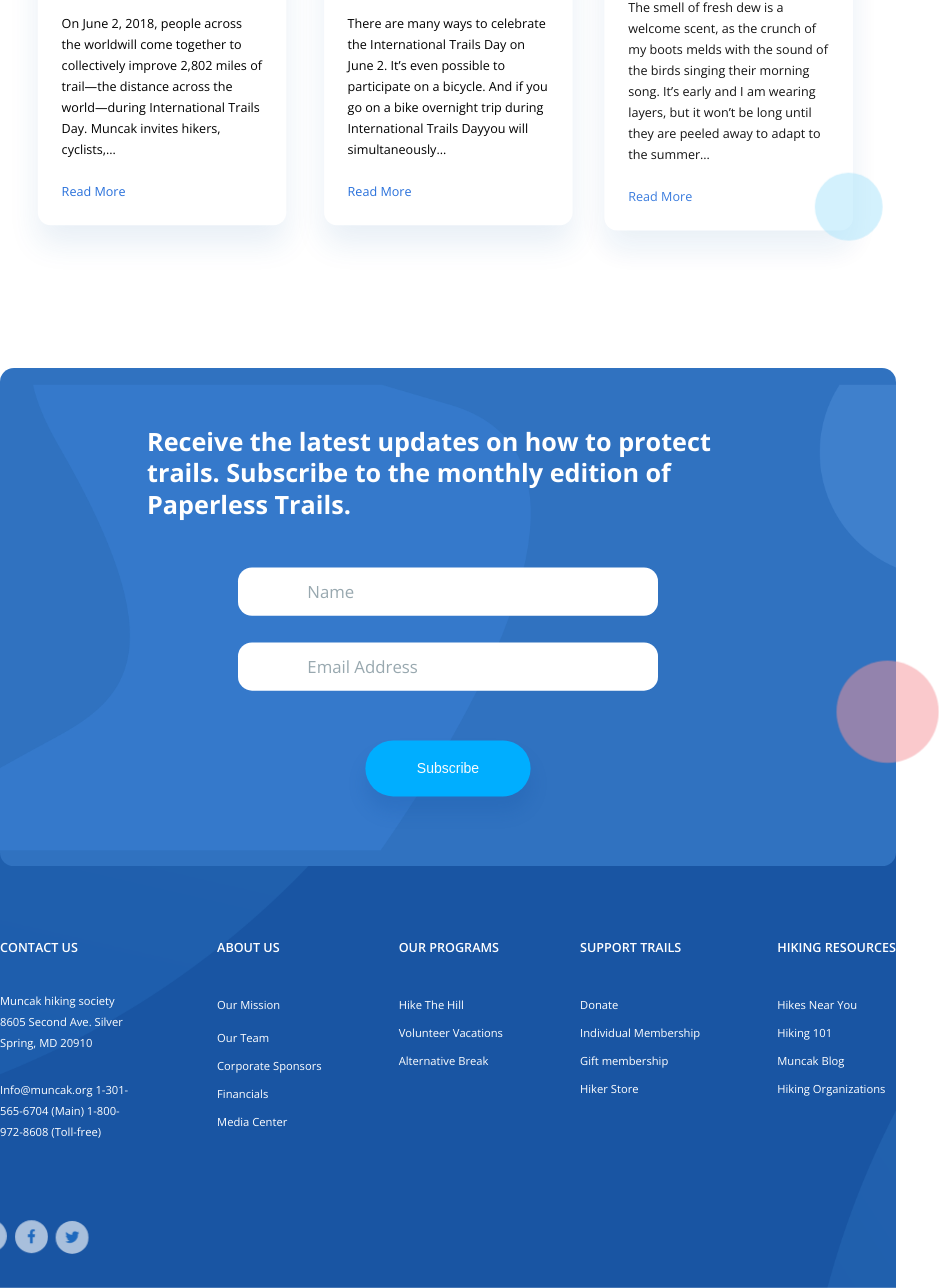
Repository: huubinh98/Project
Page: muncak/index.html
An editor plug-in stored every save of this project. The page is shown before and after the next save, followed by the edit.
The browser window is 1280 px wide. The page is 1341 px wide, so the pictures cover 1341 px, including what lies to the right of the window. The pictures show the part of the page from y = 3984 to 5824 px (the page is 5824 px tall), at 70% of full size.

Above is the page before, as saved 2021-08-29 01:10:42.

After the next save:
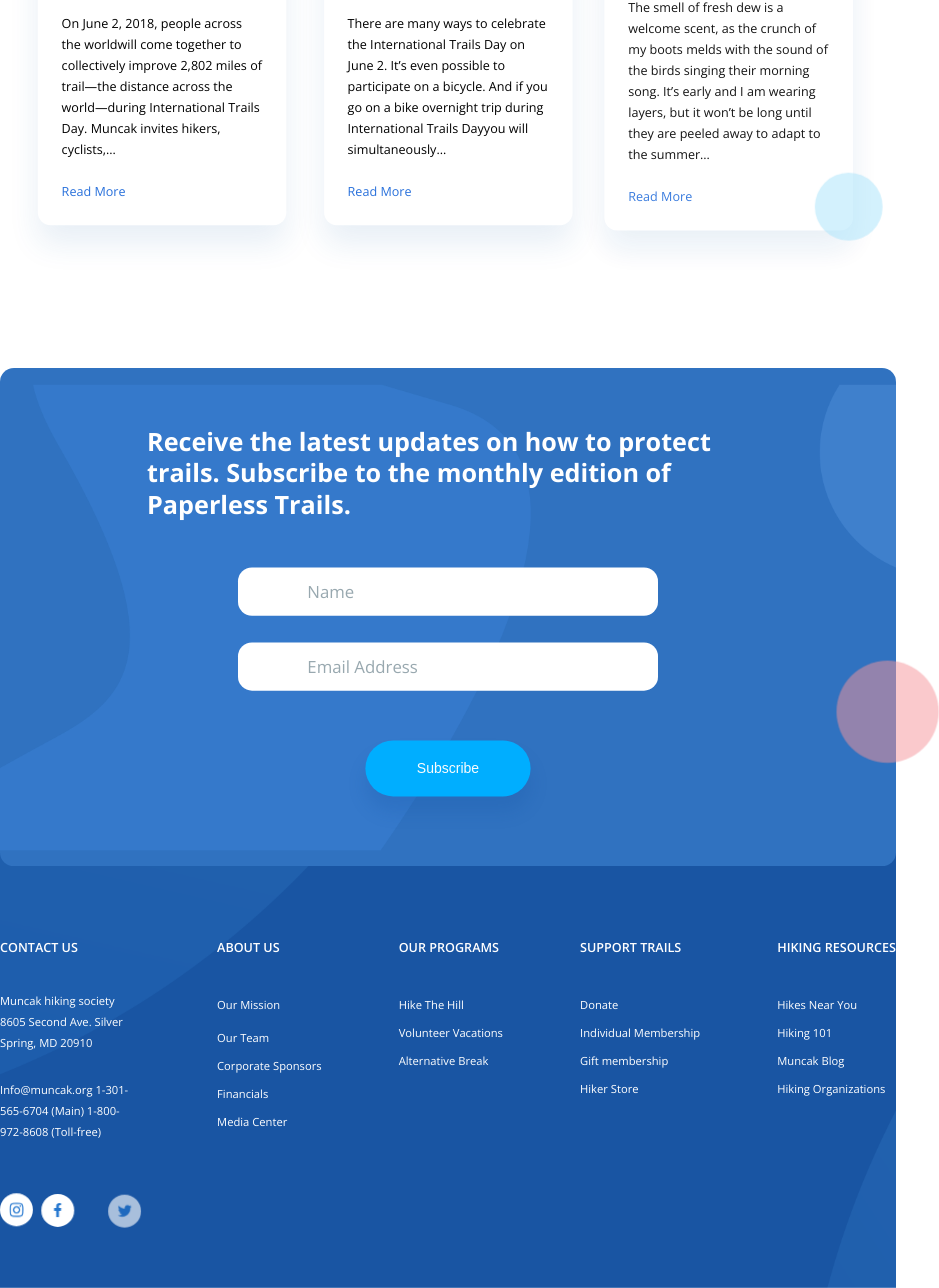
Saved 40 s later.
--- a/muncak/index.html
+++ b/muncak/index.html
@@ -230,17 +230,17 @@
                 </div>
             </div>
             <ul class="socical">
-                <li class="socical-item" data-aos="fade-up-right" data-aos-anchor-placement="center-center" data-aos-easing="linear" data-aos-duration="800" data-aos-delay="2000">
+                <li class="socical-item" data-aos="fade-left" data-aos-anchor-placement="center-center" data-aos-easing="linear" data-aos-duration="800">
                     <a href="https://www.instagram.com/huubinh.cr/" class="socical-item-link">
                         <img src="./image/instar.png" alt="" class="socical-item-img">
                     </a>
                 </li>
-                <li class="socical-item" data-aos="fade-up-right" data-aos-anchor-placement="center-center" data-aos-easing="linear" data-aos-duration="800" data-aos-delay="2000">
+                <li class="socical-item" data-aos="fade-left" data-aos-anchor-placement="center-center" data-aos-easing="linear" data-aos-duration="800" data-aos-delay="1000">
                     <a href="https://www.facebook.com/huubinh01" class="socical-item-link">
                         <img src="./image/facebook.png" alt="" class="socical-item-img">
                     </a>
                 </li>
-                <li class="socical-item" data-aos="fade-up-right" data-aos-anchor-placement="center-center" data-aos-easing="linear" data-aos-duration="800" data-aos-delay="2000">
+                <li class="socical-item" data-aos="fade-left" data-aos-anchor-placement="center-center" data-aos-easing="linear" data-aos-duration="800" data-aos-delay="2000">
                     <a href="" class="socical-item-link">
                         <img src="./image/tiwer.png" alt="" class="socical-item-img">
                     </a>
